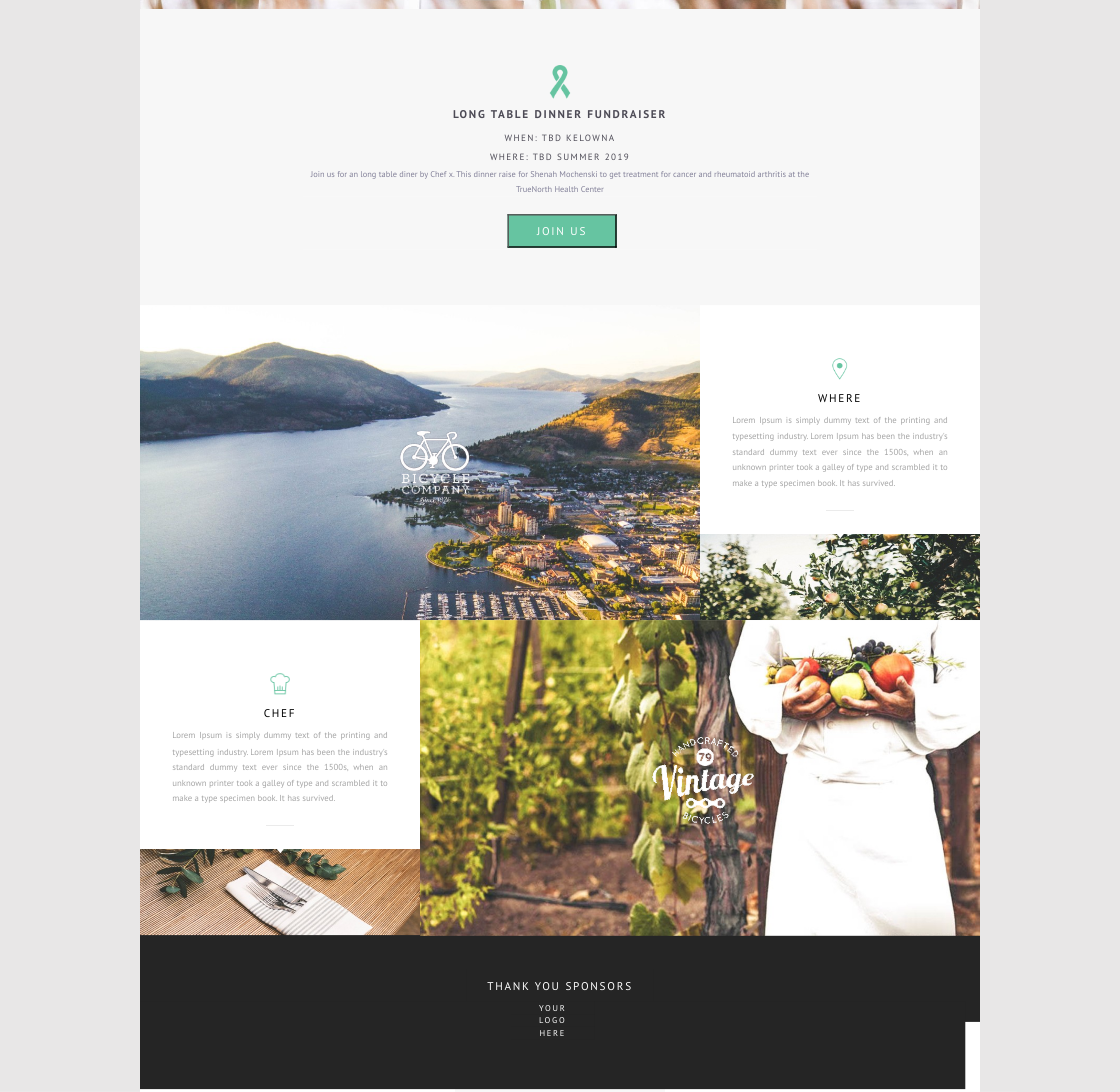
Repository: vancodes/longtable
Page: index.html
These files come from the project's save history. The page is drawn as it stood at one moment and after the next save; the edit follows.
The browser window is 1280 px wide. The page is 1600 px wide, so the pictures cover 1600 px, including what lies to the right of the window. The pictures show the part of the page from y = 737 to 2297 px (the page is 2297 px tall), at 70% of full size.

Above is the page before, as saved 2019-04-08 16:28:29.

After the next save:
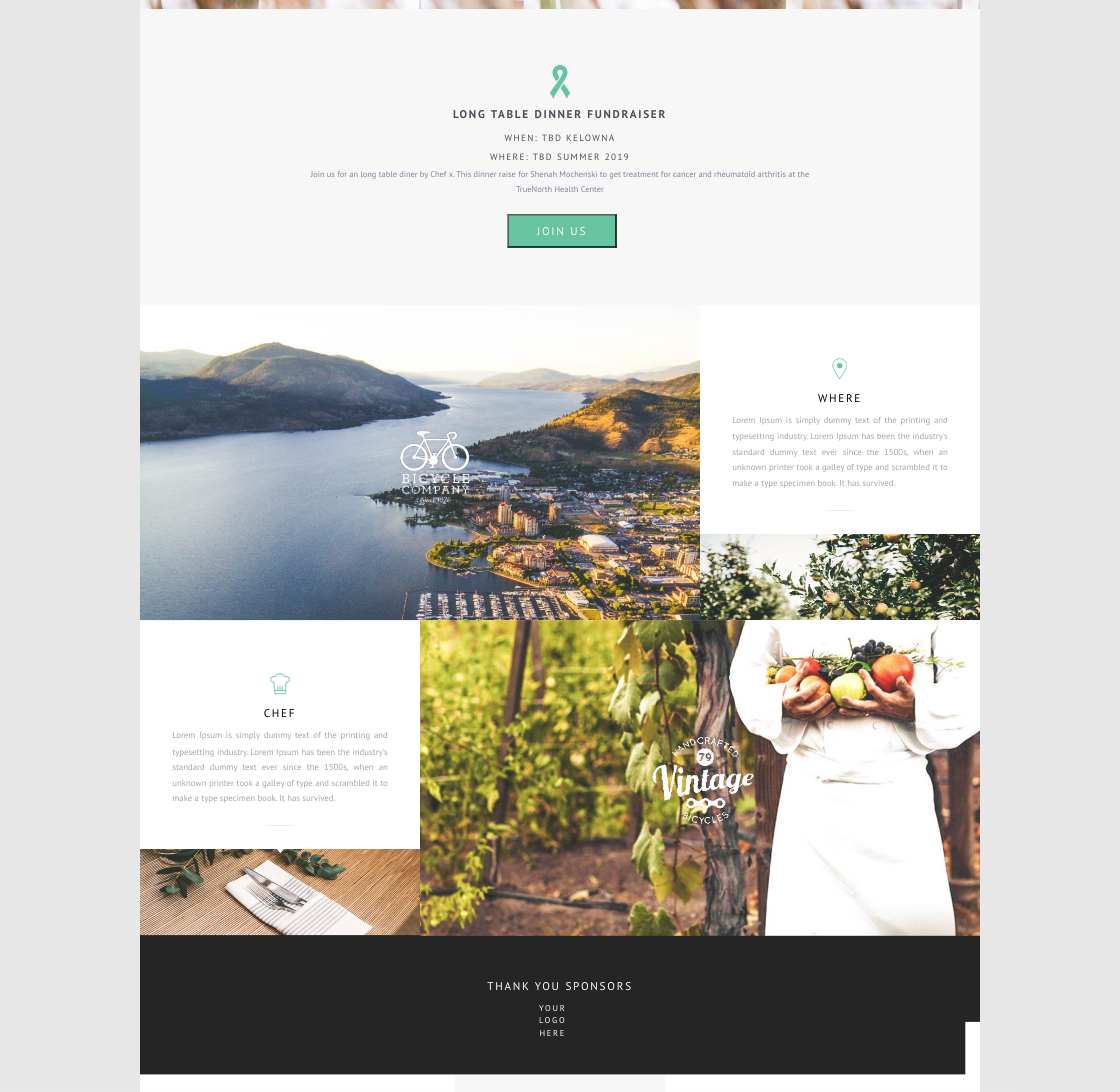
Saved 8 s later.
--- a/index.css
+++ b/index.css
@@ -574,7 +574,6 @@ img {
 .sponsor-logo {
   position: absolute;
   background-color: #252525;
-  height: 75px;
   padding: 0px 80px 50px 80px;
 }
 
